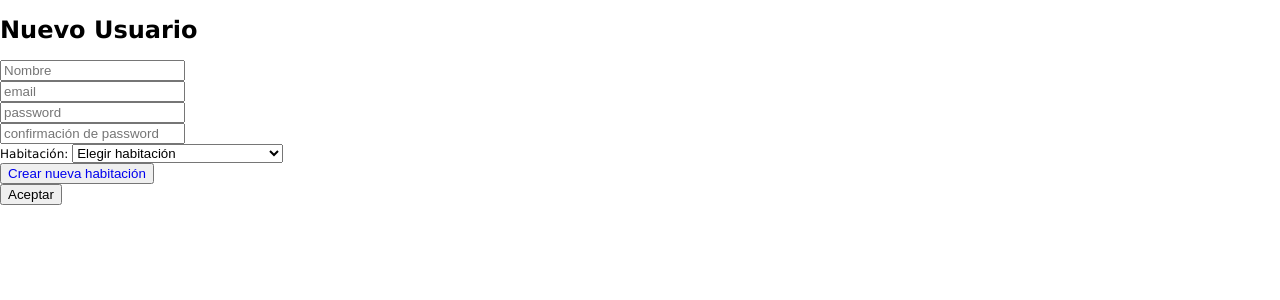
Repository: anagut/java-web
Page: http://localhost/HelloLogin/nuevousuario
These files come from the project's save history. The page is drawn as it stood at one moment and after the next save; the edit follows.
The browser window is 1280 px wide. The pictures show the whole page.
The page is served by Tomcat 9.

Above is the page before, as saved 2018-11-16 10:45:30.
Console error: TypeError: Cannot set properties of null (setting 'onclick')

After the next save:
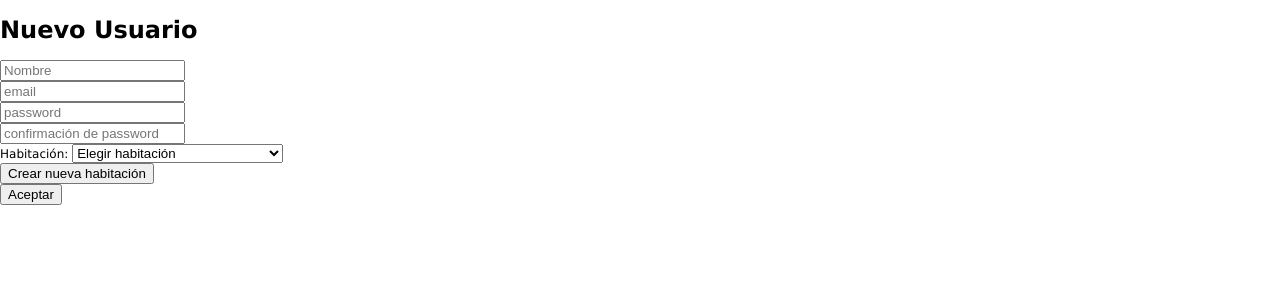
Saved 20 s later.
--- a/HelloLogin/WebContent/nuevousuario.jsp
+++ b/HelloLogin/WebContent/nuevousuario.jsp
@@ -36,7 +36,7 @@
    		</c:forEach>
 		</select>
 		<div><button id="habBtn">
-		<a href="./nuevahabitacion">Crear nueva habitación</a>
+		Crear nueva habitación
 		</button></div>
 <!-- 		<div><button id="habBtn"><a href="./nuevahabitacion">Crear nueva habitación</a></button></div> -->
 	</div>
